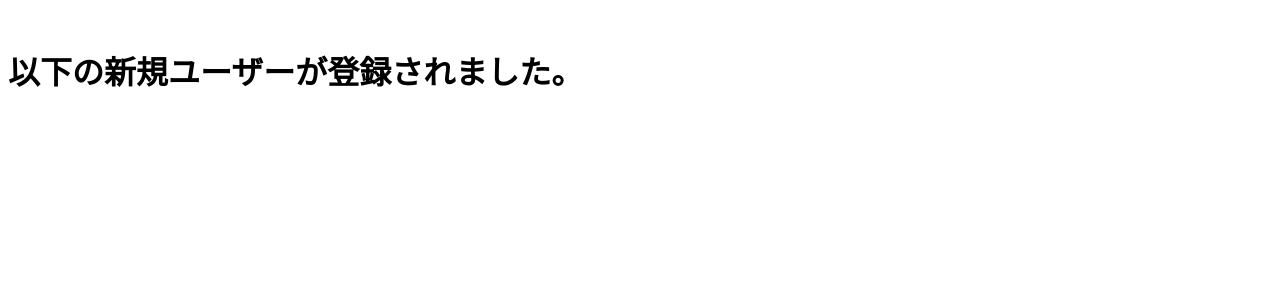
Repository: shimadaasato/test
Page: http://localhost/WebProj4/test.jsp
These files come from the project's save history. The page is drawn as it stood at one moment and after the next save; the edit follows.
The browser window is 1280 px wide. The pictures show the whole page.
The page is served by Tomcat 9.

Above is the page before, as saved 2019-02-04 12:30:23.

After the next save:
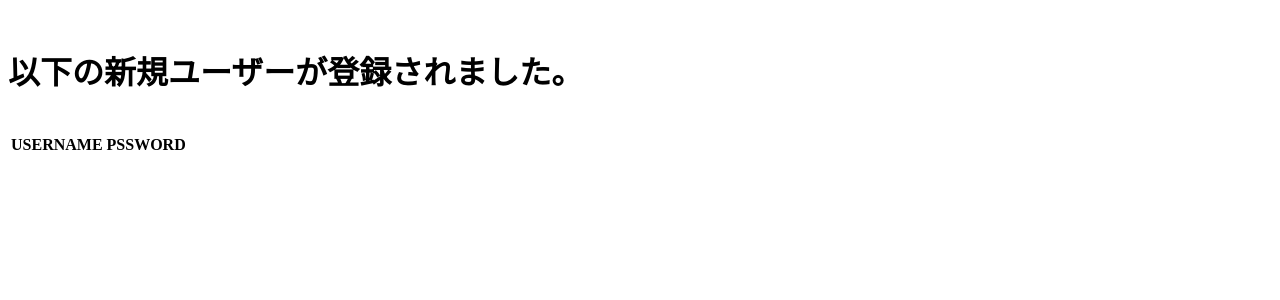
Saved 78 s later.
--- a/WebProj4/WebContent/test.jsp
+++ b/WebProj4/WebContent/test.jsp
@@ -22,7 +22,24 @@
 
 <tbody>
 
+<tr>
 
+	<th>USERNAME</th>
+
+	<th>PSSWORD</th>
+
+</tr>
+
+<s:iterator value="loginDTOList">
+
+	<tr>
+
+	 	<td><s:property value="username"/></td>
+
+	 	<td><s:property value="password"/></td>
+	 </tr>
+
+</s:iterator>
 
 
 </tbody>
@@ -30,4 +47,5 @@
 </table>
 
 </body>
+
 </html>
